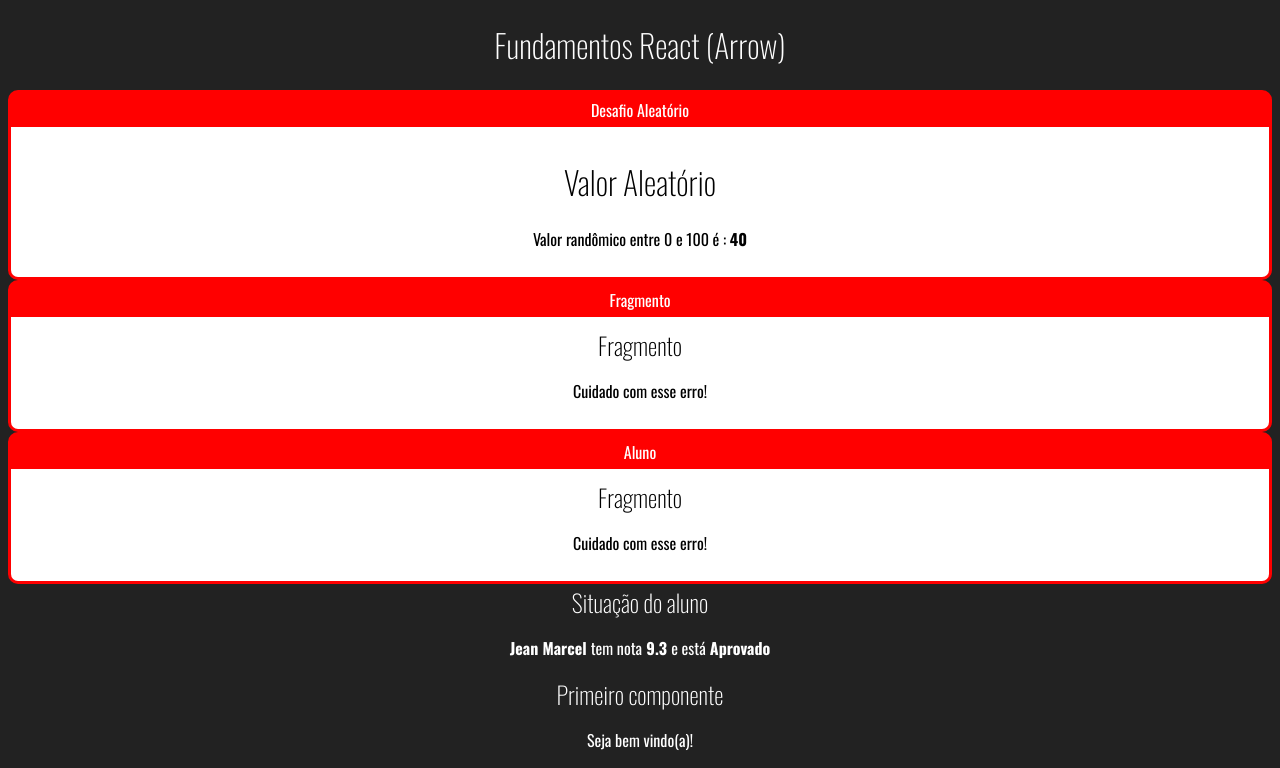
Repository: jean-siqueira/fundamentos-react
Page: /
An editor plug-in stored every save of this project. The page is shown before and after a run of saves, followed by the edit.
The browser window is 1280 px wide. The pictures show the whole page.
The project was rebuilt for these pictures with package versions that can differ from the ones it lists, and the page was loaded fresh each time.

Above is the page before, as saved 2023-03-04 12:13:41.

### public/index.html
<!DOCTYPE html>
<html lang="en">
  <head>
    <meta charset="utf-8" />
    <link rel="icon" href="%PUBLIC_URL%/favicon.ico" />
    <meta name="viewport" content="width=device-width, initial-scale=1" />
    <meta name="theme-color" content="#000000" />
    <meta
      name="description"
      content="Web site created using create-react-app"
    />
    <link rel="apple-touch-icon" href="%PUBLIC_URL%/logo192.png" />
    <link rel="manifest" href="%PUBLIC_URL%/manifest.json" />
    <link rel="preconnect" href="https://fonts.googleapis.com">
<link rel="preconnect" href="https://fonts.gstatic.com" crossorigin>
<link href="https://fonts.googleapis.com/css2?family=Oswald:wght@200;300;400;500;600;700&display=swap" rel="stylesheet">
    <title>React App</title>
  </head>
  <body>
    <noscript>You need to enable JavaScript to run this app.</noscript>
    <div id="root"></div>
  </body>
</html>

### src/index.js
import "./index.css";
import ReactDOM from "react-dom";
import React from "react";

import App from "./App";

const tag = <strong>Olá React</strong>;

ReactDOM.render(<App />, document.getElementById("root"));

### src/index.css
body {
    font-family: Oswald;
    background-color: #222;
    color: #fff;
    text-align: center;
}

h1, h2, h3 {
    font-weight: 200;
}

h2, h3 {
    margin: 0;
}

### src/App.jsx
import React from "react";

import Card from "./components/layout/Card";
import Primeiro from "./components/basicos/Primeiro";
import ComParametro from "./components/basicos/ComParametro";
import Fragmento from "./components/basicos/Fragmento";
import Aleatorio from "./components/basicos/Aleatorio";

export default (_) => (
  <div id="app">
    <h1>Fundamentos React (Arrow)</h1>

    <Card titulo="Desafio Aleatório">
      <Aleatorio min={0} max={100} />
    </Card>

    <Card titulo="Fragmento">
     <Fragmento />
    </Card>


    <Card titulo="Aluno">
     <Fragmento />
    </Card>


    <ComParametro titulo="Situação do aluno" aluno="Jean Marcel" nota={9.3} />
    <Primeiro></Primeiro>
  </div>
);

### src/components/layout/Card.jsx
import React from "react";
import "./Card.css";

export default (props) => {
  return (
    <div className="Card">
      <div className="Title">{props.titulo}</div>
      <div className="Content">{props.children}</div>
    </div>
  );
};

### src/components/basicos/Primeiro.js

import React from "react"

export default function Primeiro() {

    const msg = 'Seja bem vindo(a)!'

    return (
        <div>
            <h2>Primeiro componente</h2>
            <p>  {msg} </p>
        </div>
    )

}

### src/components/basicos/ComParametro.jsx
import React from "react";

export default function ComParametro(props) {
  const status = props.nota >= 7 ? "Aprovado" : "Recuperação";
  return (
    <div>
      <h2>{props.titulo}</h2>
      <p>
        <strong>{props.aluno} </strong>
        tem nota
        <strong> {props.nota} </strong>e está
        <strong> {status}</strong>
      </p>
    </div>
  );
}

### src/components/basicos/Fragmento.jsx
import React from "react";

export default function Fragmento(props) {
  return (
    <>
      <h2>Fragmento</h2>
      <p>Cuidado com esse erro!</p>
    </>
  );
}

### src/components/basicos/Aleatorio.jsx
import React from "react";

export default (props) => {
  const { min, max } = props;

  const valorRandomico = parseInt(Math.random() * (max - min)) + min;

  return (
    <div>
      <h1>Valor Aleatório</h1>
      <p>
        Valor randômico entre {min} e {max} é :{" "}
        <strong>{valorRandomico}</strong>
      </p>
    </div>
  );
};

### src/components/layout/Card.css
.Card {
  background-color: red;
  border-radius: 10px;
  overflow: hidden;
  border: 3px solid red;
}

.Card .Title {
  padding: 5px 0px;
  display: flex;
  justify-content: center;
}

.Card .Content {
  background-color: #fff;
  color: #000;
  padding: 10px;
}

After the next 2 saves:
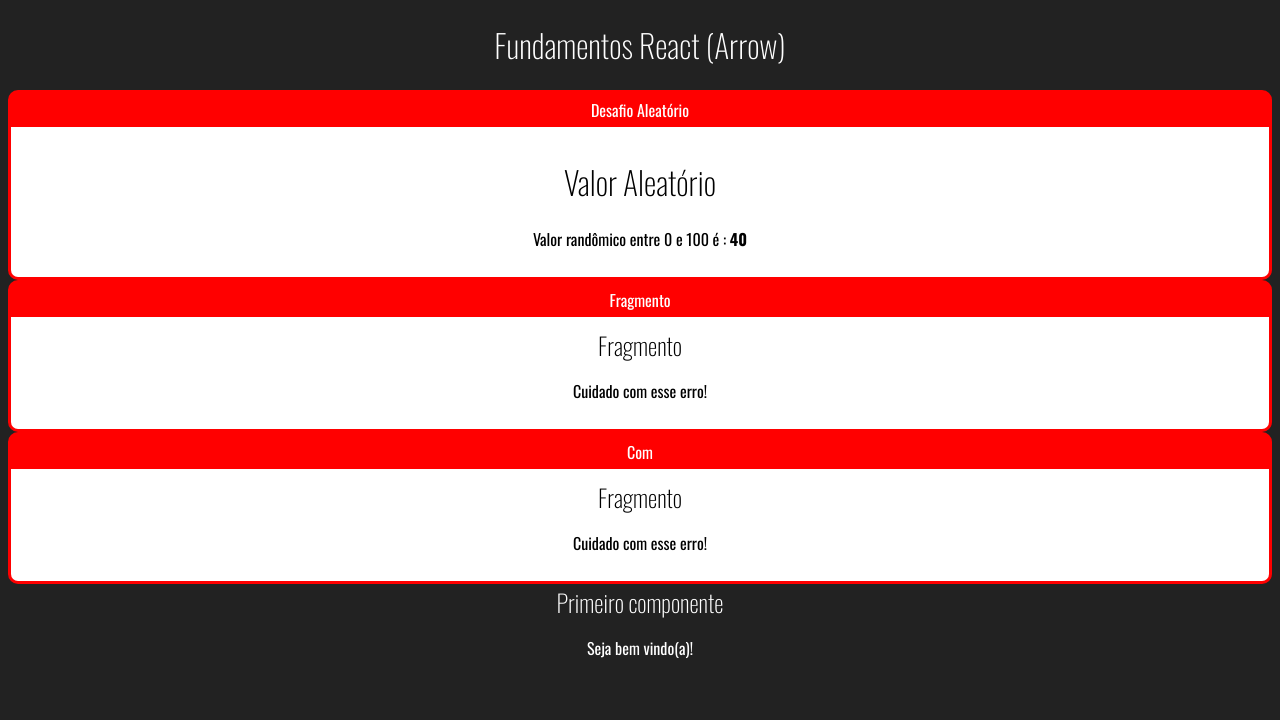
The 2 saves are shown as one change because they came seconds apart.
The last was saved 8 s later.
--- a/src/App.jsx
+++ b/src/App.jsx
@@ -19,12 +19,12 @@ export default (_) => (
     </Card>
 
 
-    <Card titulo="Aluno">
+    <Card titulo="Com ">
      <Fragmento />
     </Card>
 
 
-    <ComParametro titulo="Situação do aluno" aluno="Jean Marcel" nota={9.3} />
+
     <Primeiro></Primeiro>
   </div>
 );
